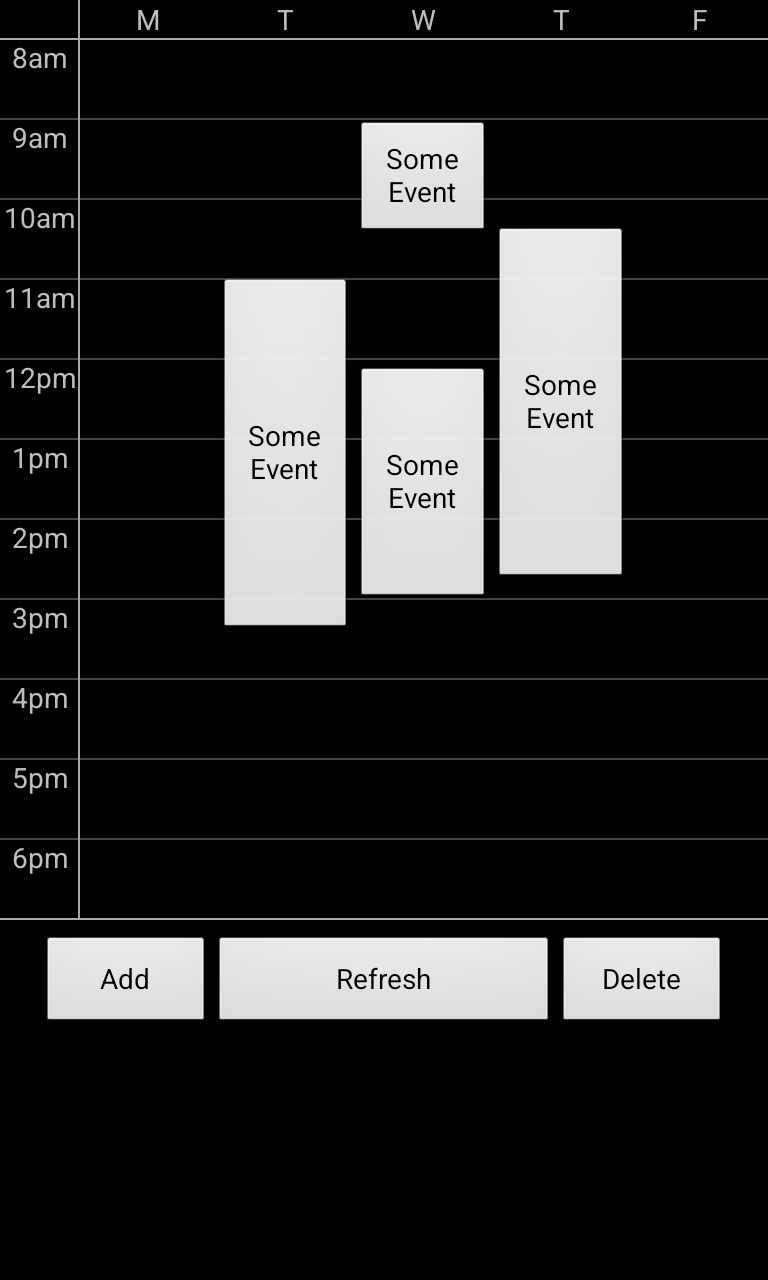
Repository: appsfactory/OfficeHours
Layout: OfficeHoursClient/res/layout/activity_schedule_view.xml
An editor plug-in stored every save of this project. The layout is shown before and after the next save, followed by the edit.
It is drawn on a 768 x 1280 px phone screen (xhdpi) without system bars, with theme AppTheme; the app's code is not run.

Above is the layout before, as saved 2012-09-27 17:46:52.

After the next save:
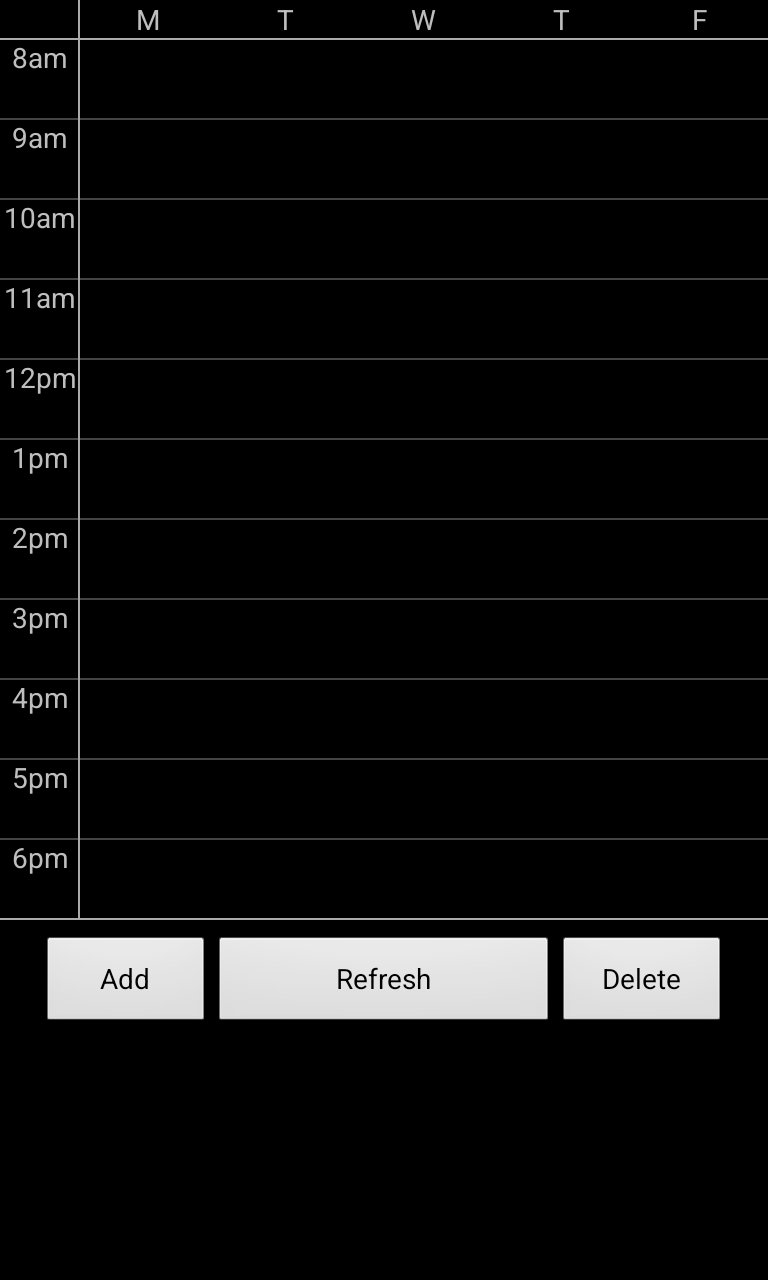
Saved 2 min 37 s later.
--- a/OfficeHoursClient/res/layout/activity_schedule_view.xml
+++ b/OfficeHoursClient/res/layout/activity_schedule_view.xml
@@ -243,14 +243,6 @@
                             android:layout_height="match_parent"
                             android:layout_weight="1" >
 
-                            <Button
-                                android:id="@+id/button1"
-                                android:layout_width="fill_parent"
-                                android:layout_height="180dp"
-                                android:layout_alignParentLeft="true"
-                                android:layout_centerVertical="true"
-                                android:text="Some Event" />
-
                         </RelativeLayout>
 
                         <RelativeLayout
@@ -259,24 +251,6 @@
                             android:layout_height="match_parent"
                             android:layout_weight="1" >
 
-                            <Button
-                                android:id="@+id/button1"
-                                android:layout_width="fill_parent"
-                                android:layout_height="60dp"
-                                android:layout_alignParentLeft="true"
-                                android:layout_alignParentTop="true"
-                                android:layout_marginTop="41dp"
-                                android:text="Some Event" />
-
-                            <Button
-                                android:id="@+id/button1"
-                                android:layout_width="fill_parent"
-                                android:layout_height="120dp"
-                                android:layout_alignParentBottom="true"
-                                android:layout_alignParentLeft="true"
-                                android:layout_marginBottom="135dp"
-                                android:text="Some Event" />
-
                         </RelativeLayout>
 
                         <RelativeLayout
@@ -284,15 +258,6 @@
                             android:layout_width="0dp"
                             android:layout_height="match_parent"
                             android:layout_weight="1" >
-
-                            <Button
-                                android:id="@+id/button1"
-                                android:layout_width="fill_parent"
-                                android:layout_height="180dp"
-                                android:layout_alignParentLeft="true"
-                                android:layout_alignParentTop="true"
-                                android:layout_marginTop="94dp"
-                                android:text="Some Event" />
 
                         </RelativeLayout>
 
